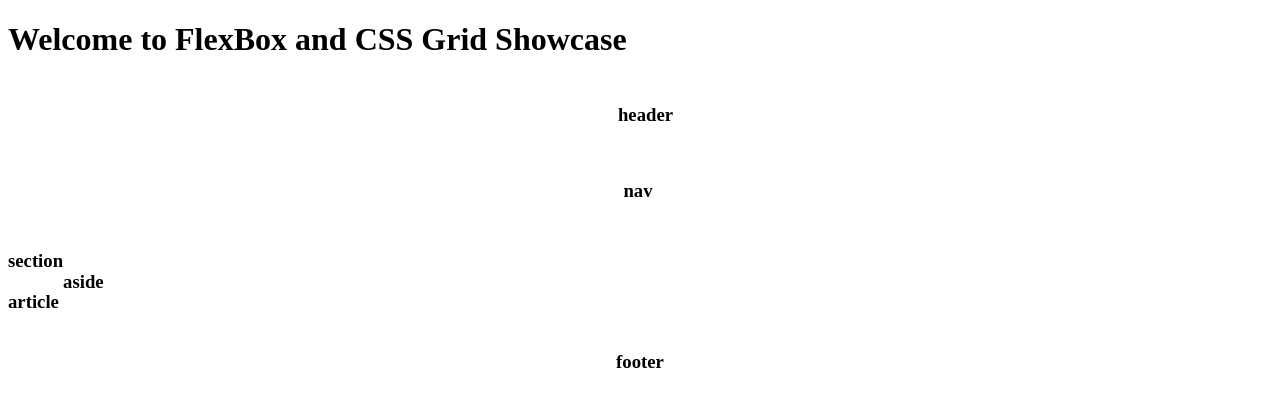
Repository: Awhit-commits/CSS_GRID_AND_FLEXBOX_LESSON
Page: index.html
An editor plug-in stored every save of this project. The page is shown before and after a run of saves, followed by the edit.
The browser window is 1280 px wide. The pictures show the whole page.

Above is the page before, as saved 2020-12-21 18:04:28.

After the next 2 saves:
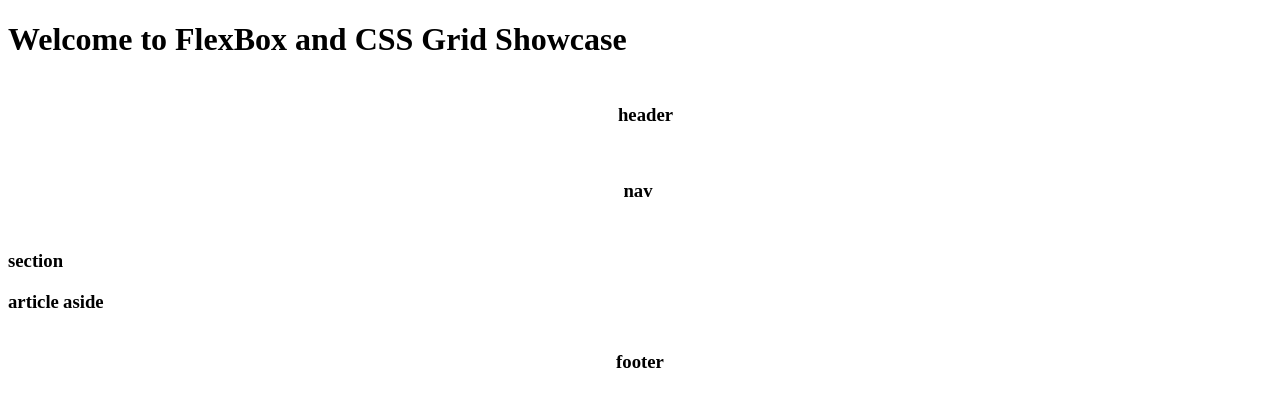
The 2 saves are shown as one change because they came seconds apart.
The last was saved 6 s later.
--- a/style.css
+++ b/style.css
@@ -33,7 +33,7 @@
 }
 .aside{
     /* display: flex; */
-    align-self:center;
+    align-self:flex-end;
     /* align-items:center; */
     /* text-align: center; */
     justify-content:flex-end;

After the save that followed:
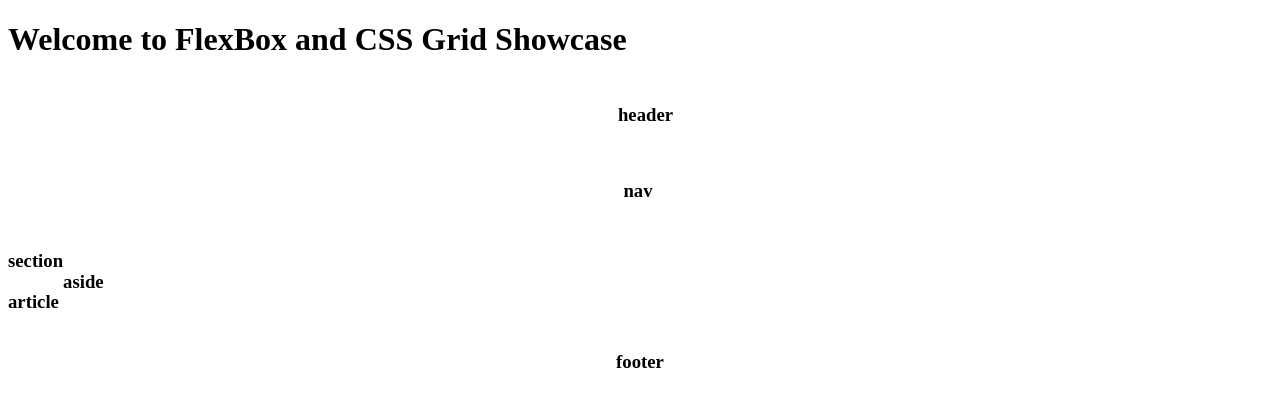
Saved 6 s later.
--- a/style.css
+++ b/style.css
@@ -33,7 +33,7 @@
 }
 .aside{
     /* display: flex; */
-    align-self:flex-end;
+    align-self:center;
     /* align-items:center; */
     /* text-align: center; */
     justify-content:flex-end;
